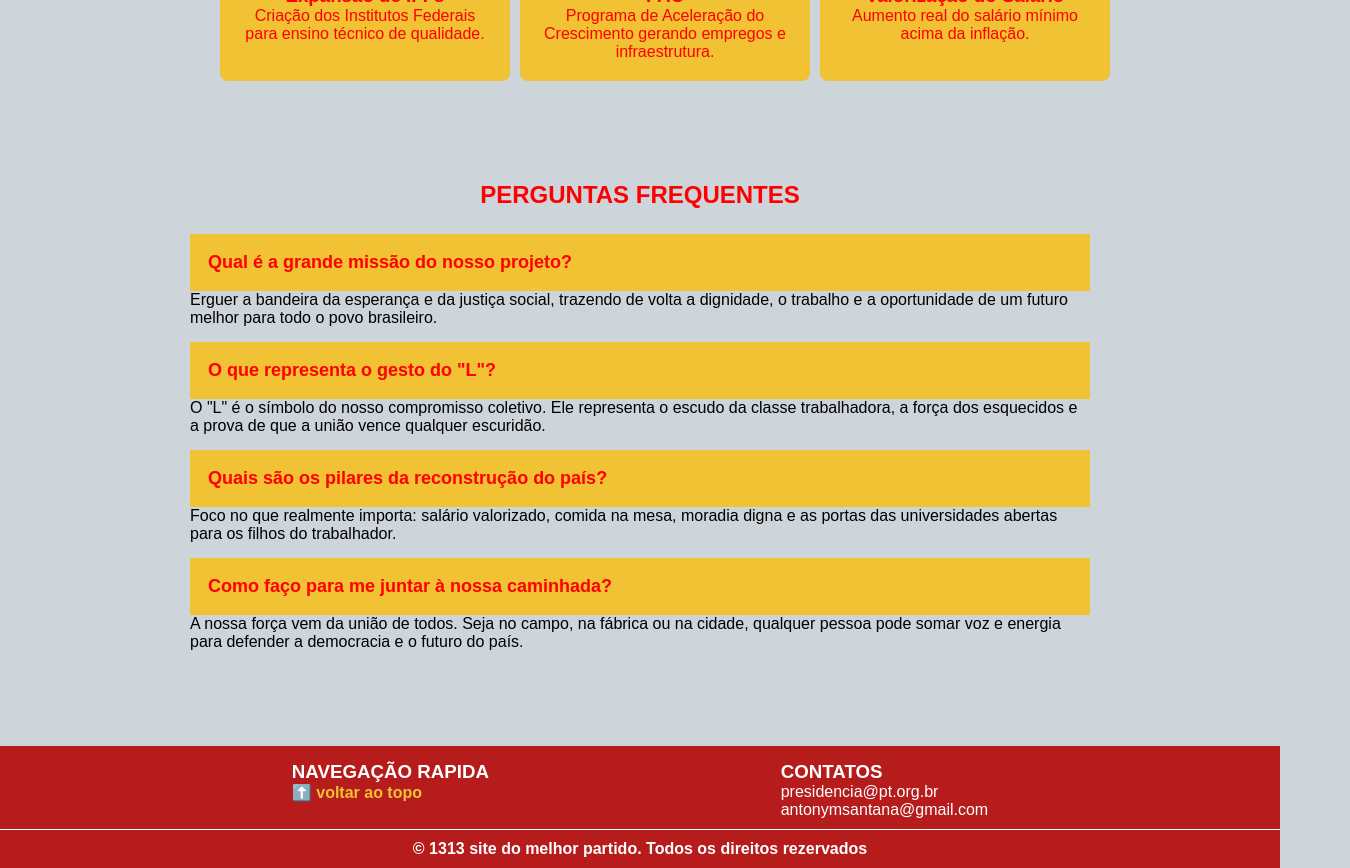
Repository: antonymsantana-design/second.revision
Page: html/html.html
The author's editor kept a copy of each file at every save. The page is drawn from the files as they stood at one save, then again after a run of saves.
The browser window is 1280 px wide. The page is 1350 px wide, so the pictures cover 1350 px, including what lies to the right of the window. The pictures show the part of the page from y = 1983 to 2851 px (the page is 2851 px tall before and 2707 px after).

Above is the page before, as saved 2026-09-05 13:38:38.

After the next 4 saves:
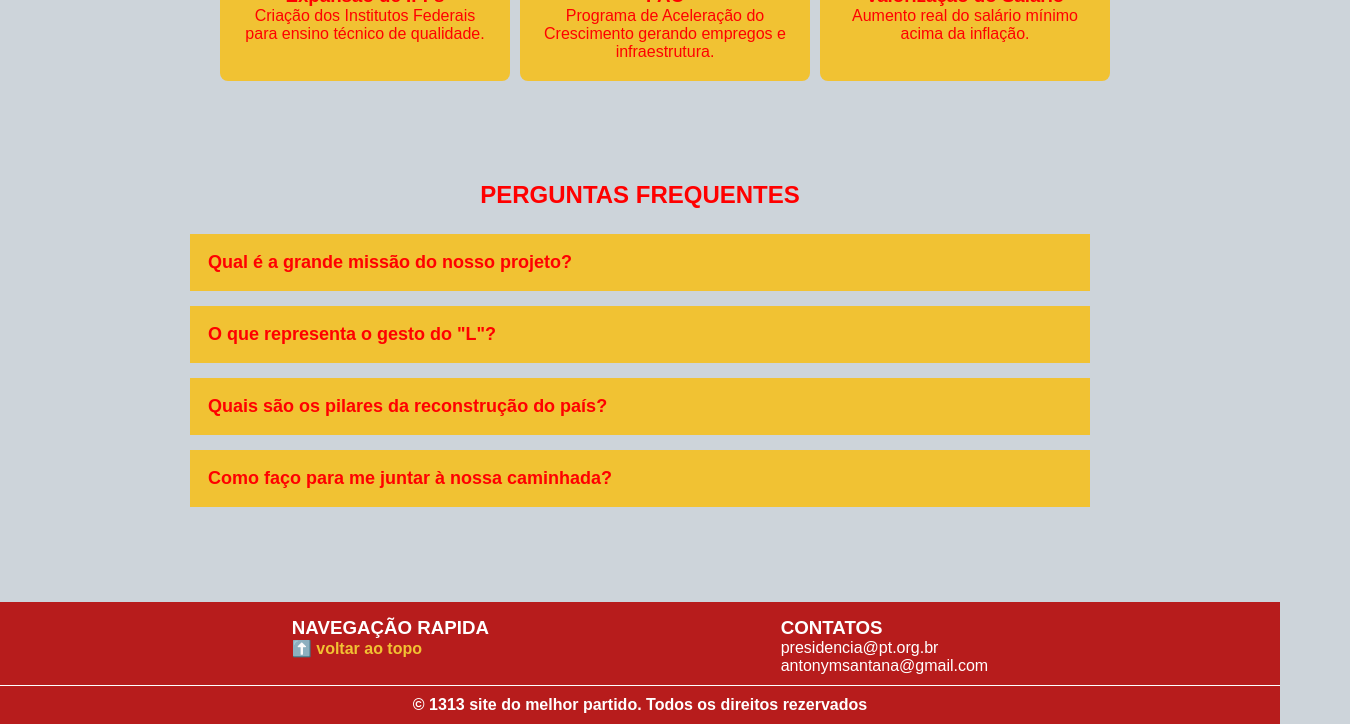
The 4 saves are shown as one change because they came seconds apart.
The last was saved 14 s later.
--- a/css/css.css
+++ b/css/css.css
@@ -401,24 +401,24 @@
     cursor: pointer;
 }
 
-.faq-pergunta:hover {
-    background-color: red;
-    color: #f1c233;
-}
-
-.faq-resposta {
+.crd-pergunta:hover {
+    background-color: red;
+    color: #f1c233;
+}
+
+.crd-resposta {
     max-height: 0;
     overflow: hidden;
     background-color: white;
     transition: 0.4s;
 }
 
-.faq-resposta p {
+.crd-resposta p {
     padding: 15px 20px;
     color: #333;
     line-height: 1.5;
 }
 
-.faq-item.ativo .faq-resposta {
+.crd-item.ativo .crd-resposta {
     max-height: 200px;
 }
